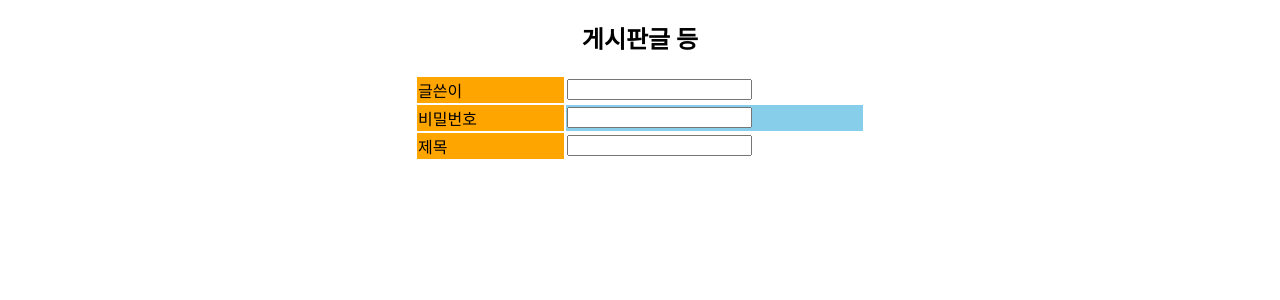
Repository: ReadStar/Jsp_MVC
Page: http://localhost/MVC_Board/board/qna_board_write.jsp
These files come from the project's save history. The page is drawn as it stood at one moment and after the next save; the edit follows.
The browser window is 1280 px wide. The pictures show the whole page.
The page is served by Tomcat 9. Other server files are loaded and not shown.

Above is the page before, as saved 2020-11-10 01:50:05.

### MVC_Board/WebContent/board/qna_board_write.jsp
<%@ page language="java" contentType="text/html; charset=UTF-8"
    pageEncoding="UTF-8"%>
<!DOCTYPE html>
<html>
<head>
<meta charset="UTF-8">
<title>MVC 게시판</title>
<style type="text/css">
#registForm{
width: 500px;
height: 610px;
border: 1px solid red;
margin: auto;
}

h2{
	text-align: center;
}

table{
	margin: auto;
	width: 450px;
}

.td_left{
	width: 150px;
	background: orange;
}

.td_right{
	width: 300px;
	background: skyblue;
}

#commandCell{
	text-align: center;
}
</style>
</head>
<body>
	<!-- 게시판 등록-->
	<section id="writeForm">
		<h2>게시판글 등</h2>
		<form action="BoardWritePro.bo" method="post"
			enctype="multipart/form=data" name="boardform">
			<table>
				<tr>
					<td class="td_left"><label for="board_name">글쓴이</label></td>
					<td class="te_right"><input type="text" name="board_name" id="board_name" required="required"/></td>
				</tr>
				<tr>
					<td class="td_left"><label for="board_pass">비밀번호</label></td>
					<td class="td_right"><input name="board_pass" type="password" id="board_pass" required="required"/></td>
				</tr>
				<tr>
					<td class="td_left"><label for="board_subject">제목</label></td>
					<td class="td_rifht"><input name="board_subject" type="text" id="board_subject" required="required"/></td>
				</tr>
			</table>
			</form>
	</section>
</body>
</html>

After the next save:
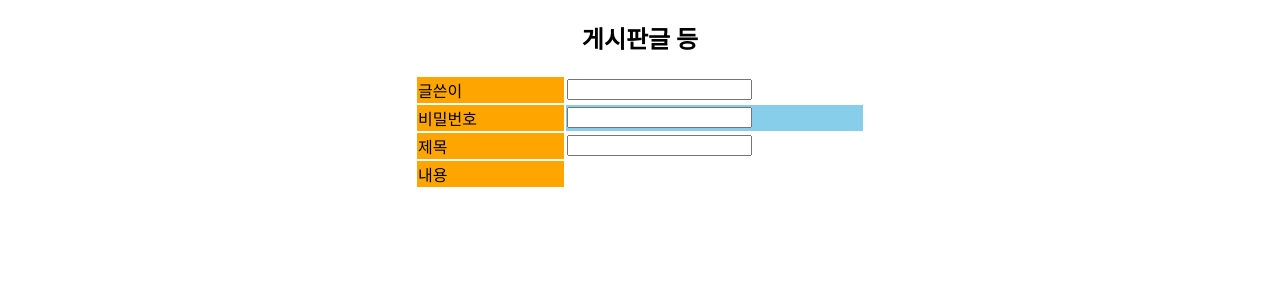
Saved 24 s later.
--- a/MVC_Board/WebContent/board/qna_board_write.jsp
+++ b/MVC_Board/WebContent/board/qna_board_write.jsp
@@ -56,6 +56,8 @@ table{
 					<td class="td_left"><label for="board_subject">제목</label></td>
 					<td class="td_rifht"><input name="board_subject" type="text" id="board_subject" required="required"/></td>
 				</tr>
+				<tr>
+					<td class="td_left"><label for="board_content">내용</label></td>
 			</table>
 			</form>
 	</section>
